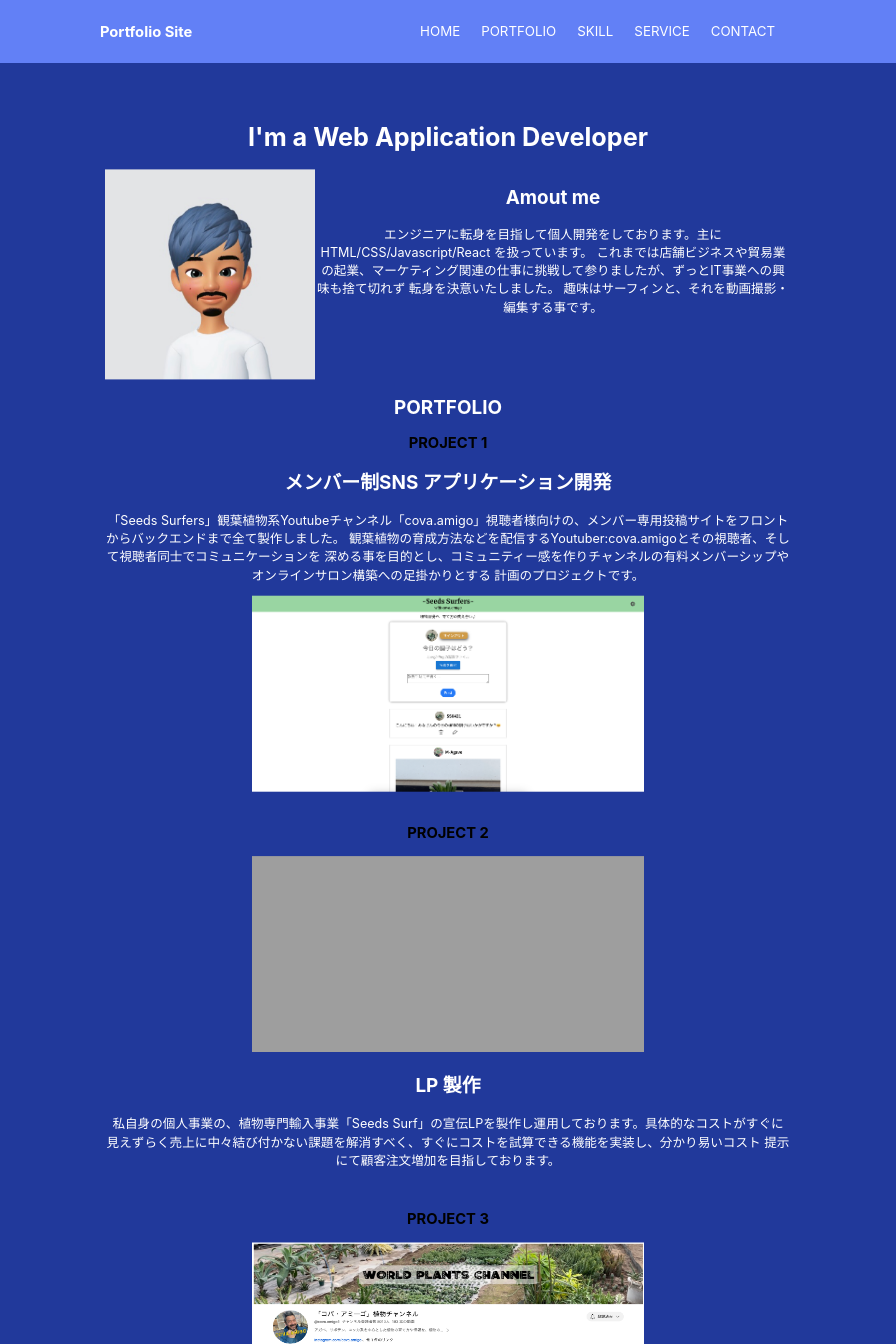
Repository: Seiya00002/my-portfolio-website2
Page: /
These files come from the project's save history. The page is drawn as it stood at one moment and after the next save; the edit follows.
The browser window is 1280 px wide. The pictures show the part of the page from y = 0 to 1920 px (the page is 3606 px tall before and 3645 px after), at 70% of full size.
Pictures or frames that could not be fetched are drawn as grey boxes. The project was rebuilt for these pictures with package versions that can differ from the ones it lists, and the page was loaded fresh each time.

Above is the page before, as saved 2023-09-23 16:42:49.

### src/index.css
body {
  margin: 0;
  font-family: -apple-system, BlinkMacSystemFont, 'Segoe UI', 'Roboto', 'Oxygen',
    'Ubuntu', 'Cantarell', 'Fira Sans', 'Droid Sans', 'Helvetica Neue',
    sans-serif;
  -webkit-font-smoothing: antialiased;
  -moz-osx-font-smoothing: grayscale;
  background-color: rgb(33, 57, 155);
}

code {
  font-family: source-code-pro, Menlo, Monaco, Consolas, 'Courier New',
    monospace;
}

### src/App.tsx
import React from 'react';
import logo from './logo.svg';
import './App.css';
import Header from './Components/Header';
import Homepage from './Components/Homepage';
import Footer from './Components/Footer';

function App() {
  return (
    <div className="App">
      <Header />
      <Homepage />
      <Footer />
    </div>
  );
}

export default App;

### src/App.css
.App {
  text-align: center;
  font-size: 18px;
  height: 100vh;
  width: 100%;
}

h1, h2, p {
  color: white;
}

.header {
  height: 90px;
  display: flex;
  justify-content: space-around;
  align-items: center;
  width: 100%;
  color: white;
  position: fixed;
  background-color: rgb(98, 128, 246);
  z-index: 10;
}

nav ul li {
  list-style: none;
  display: inline-block;
  margin-right: 30px;
}

nav ul li a {
  font-size: 19px;
  color: white;
  text-decoration: none;
  transition: all 0.2s;
}

nav ul li a:hover {
  color: rgb(36, 89, 250);
}

.container {
  padding: 150px;
}

#about-me {
  display: flex;
  width: 100%;
}

.about-me img {
  height: 300px;
  width: 300px;
}

.left-contents img {
  width: 560px;
  height: 280px;
}

.tech-icon {
  width: 80px;
  height: 80px;
}

.tech-icon img {
  width: 100%;
  height: 100%;

}

.skill-section {
  display: flex;
}

.service-title img {
  width: 50px;
  height: 50px;
}

.footer {
  height: 110px;
  width: 100%;
  justify-content: center;
  align-items: center;
  background-color: rgb(113, 135, 246);
}

### src/Components/Header.tsx
import React from 'react'

const Header = () => {
  return (
    <div className='header'>
        <h3>Portfolio Site</h3>
        <nav>
            <ul>
                <li>
                    <a href='#top'>HOME</a>
                </li>
                <li>
                    <a href='#portfolio'>PORTFOLIO</a>
                </li>
                <li>
                    <a href='#skill'>SKILL</a>
                </li>
                <li>
                    <a href='#service'>SERVICE</a>
                </li>
                <li>
                    <a href='#contact'>CONTACT</a>
                </li>
            </ul>
        </nav>
    </div>
  )
}

export default Header

### src/Components/Homepage.tsx
import React from 'react'

const Homepage = () => {
  return (
    <div className='container'>
        <h1>I'm a Web Application Developer</h1>
        <div className='about-me' id='about-me'>
            <img src='/image/m-drawing.jpg' alt='profile-image' />
            <div className='right-contents'>
                <h2>Amout me</h2>
                <p>エンジニアに転身を目指して個人開発をしております。主にHTML/CSS/Javascript/React を扱っています。
                これまでは店舗ビジネスや貿易業の起業、マーケティング関連の仕事に挑戦して参りましたが、ずっとIT事業への興味も捨て切れず
                転身を決意いたしました。
                趣味はサーフィンと、それを動画撮影・編集する事です。</p>
            </div>
        </div>

        <div id='portfolio'>
            <h2>PORTFOLIO</h2>
            <div className='project'>
                <div className='left-contents'>
                    <h3>PROJECT 1</h3>
                    <h2>メンバー制SNS アプリケーション開発</h2>
                    <p>「Seeds Surfers」観葉植物系Youtubeチャンネル「cova.amigo」視聴者様向けの、メンバー専用投稿サイトをフロント
                        からバックエンドまで全て製作しました。
                        観葉植物の育成方法などを配信するYoutuber:cova.amigoとその視聴者、そして視聴者同士でコミュニケーションを
                        深める事を目的とし、コミュニティー感を作りチャンネルの有料メンバーシップやオンラインサロン構築への足掛かりとする
                        計画のプロジェクトです。
                    </p>
                    <img src='/image/seeds-surfers-image.png'
                    alt='Seeds-Surfers-image'
                    />
                </div>
                <img src='' alt=''/>
            </div>
            <div className='project'>
                <div className='left-contents'>
                    <h3>PROJECT 2</h3>
                    <img src='/image/seeds-surf-lp-image.png'
                    alt='Seeds-Surf-lp-image'
                    />
                    <h2>LP 製作</h2>
                    <p>私自身の個人事業の、植物専門輸入事業「Seeds Surf」の宣伝LPを製作し運用しております。具体的なコストがすぐに
                        見えずらく売上に中々結び付かない課題を解消すべく、すぐにコストを試算できる機能を実装し、分かり易いコスト
                        提示にて顧客注文増加を目指しております。
                    </p>
                </div>
                <img src='' alt=''/>
            </div>
            <div className='project'>
                <div className='left-contents'>
                    <h3>PROJECT 3</h3>
                    <img src='/image/youtube-image.png'
                    alt='movie-project-image'
                    />
                    <h2>動画製作</h2>
                    <p>Youtubeチャンネルを立ち上げから、撮影、編集、分析を含む運営を約2年間行いました。チャンネル登録者は約8千人、
                        販売売上80%増を達成しました。ニッチな分野のジャンルで、無名の状態から業界では知られた存在となり、人気を
                        獲得し売り上げにつながりました。テレビ風の面白おかしい、サボテン系植物の解説系動画チャンネルです。
                    </p>
                </div>
                <img src='' alt=''/>
            </div>

        </div>

        <div id='skill'>
            <h2>SKILL</h2>
            <div className='skill-section'>
                <div className='tech-icon'>
                    <img src='/image/html-5-icon.svg' />
                    <p>HTML</p>
                </div>
                <div className='tech-icon'>
                    <img src='/image/css-3-icon.svg' />
                    <p>CSS</p>
                </div>
                <div className='tech-icon'>
                    <img src='/image/javascript-icon.svg' />
                    <p>Javascript</p>
                </div>
                <div className='tech-icon'>
                    <img src='/image/react-icon.svg' />
                    <p>React.JS</p>
                </div>
                <div className='tech-icon'>
                    <img src='/image/typescript-icon.svg' />
                    <p>Typescript</p>
                </div>
                <div className='tech-icon'>
                    <img src='/image/firebase-icon.svg' />
                    <p>Firebase</p>
                </div>
                <div className='tech-icon'>
                    <img src='/image/nodejs-icon.svg' />
                    <p>Node.JS</p>
                </div>
                <div className='tech-icon'>
                    <img src='/image/adobe-premiere-icon.svg' />
                    <p>Adobe preiere pro</p>
                </div>
            </div>
        </div>

        <div id='service'>
            <h2>SERVICE</h2>
            <div className='service-description'>
                <div className='service-box'>
                    <div className='service-title'>
                        <img src='/image/memo-app-icon.svg' />
                        <h2>Web Application 開発</h2>
                    </div>
                    <p>Javascript, React.js を用いたSNS等のWEBアプリケーションの開発</p>
                </div>
                <div className='service-box'>
                <div className='service-title'>
                        <img src='/image/memo-app-icon.svg' />
                        <h2>Website 開発</h2>
                    </div>
                    <p>Javascriptを用いた機能付きのWebサイトや、React.jsによる本格的なWebサイトをHTML,CSSの編集を含めご対応いたします。</p>
                </div>
                <div className='service-box'>
                <div className='service-title'>
                        <img src='/image/memo-app-icon.svg' />
                        <h2>Web Marketing support</h2>
                    </div>
                    <p>LP製作から、Web広告、SNS運用、そしてマーケティング戦略立案をサポートいたします。</p>
                </div>
                <div className='service-box'>
                <div className='service-title'>
                        <img src='/image/memo-app-icon.svg' />
                        <h2>動画製作</h2>
                    </div>
                    <p>Youtube, SNS向け動画製作の企画、撮影、編集作業を行なっております。Adobe premiere pro, filmoraソフトご対応しております。</p>
                </div>
            </div>
        </div>
        <div id='contact'>
            <h2>CONTACT</h2>
        </div>

    </div>
  )
}

export default Homepage

### src/Components/Footer.tsx
import React from 'react'

const Footer = () => {
  return (
        <div className='footer'>
            <p>CopyRight@Matsumoto</p>
        </div>  )
}

export default Footer

Loaded but not shown: public/index.html (common file); src/index.tsx (common file); src/reportWebVitals.ts (common file)

After the next save:
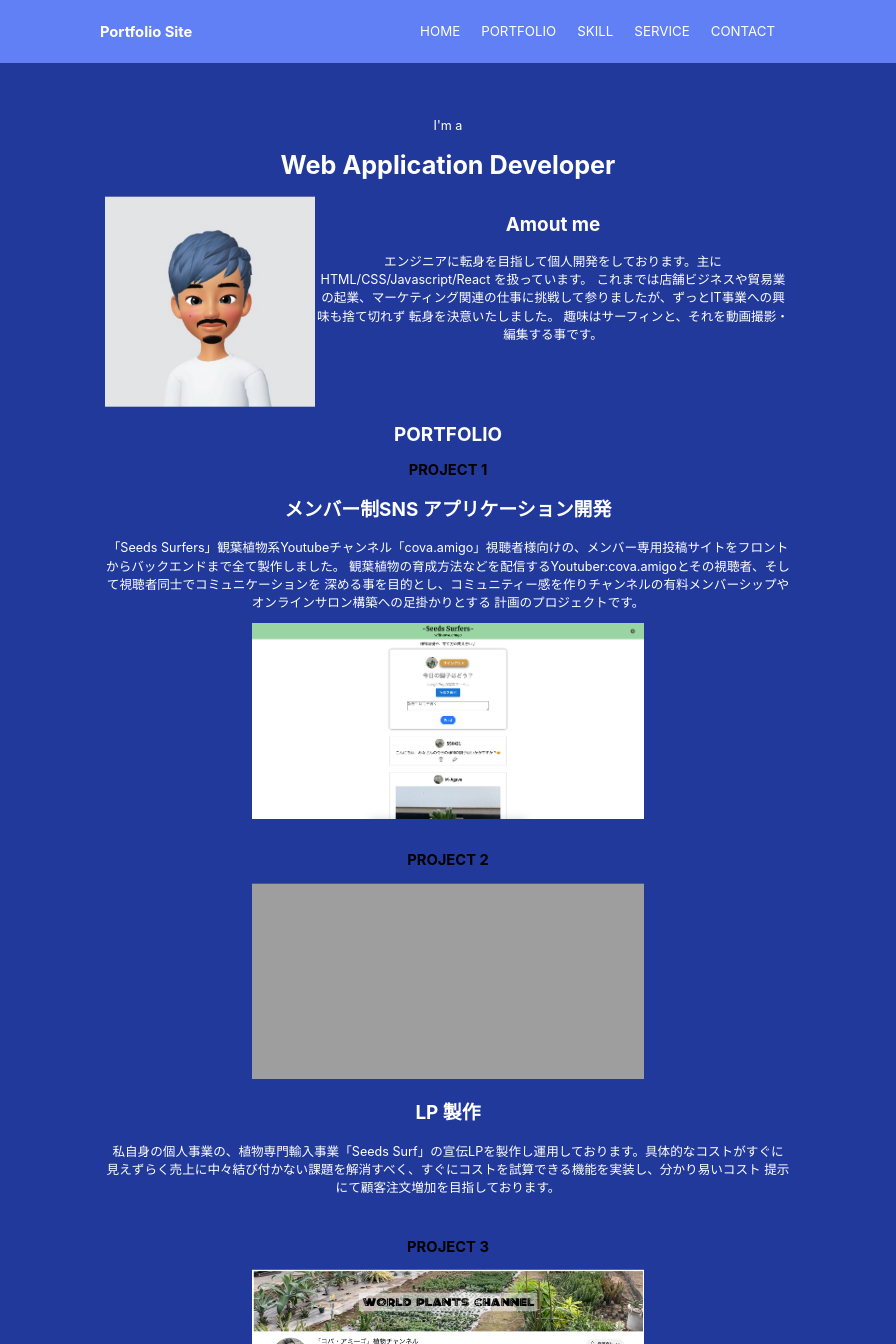
Saved 2 min 47 s later.
--- a/src/Components/Homepage.tsx
+++ b/src/Components/Homepage.tsx
@@ -3,7 +3,8 @@
 const Homepage = () => {
   return (
     <div className='container'>
-        <h1>I'm a Web Application Developer</h1>
+        <p className='title'>I'm a</p>
+        <h1>Web Application Developer</h1>
         <div className='about-me' id='about-me'>
             <img src='/image/m-drawing.jpg' alt='profile-image' />
             <div className='right-contents'>
